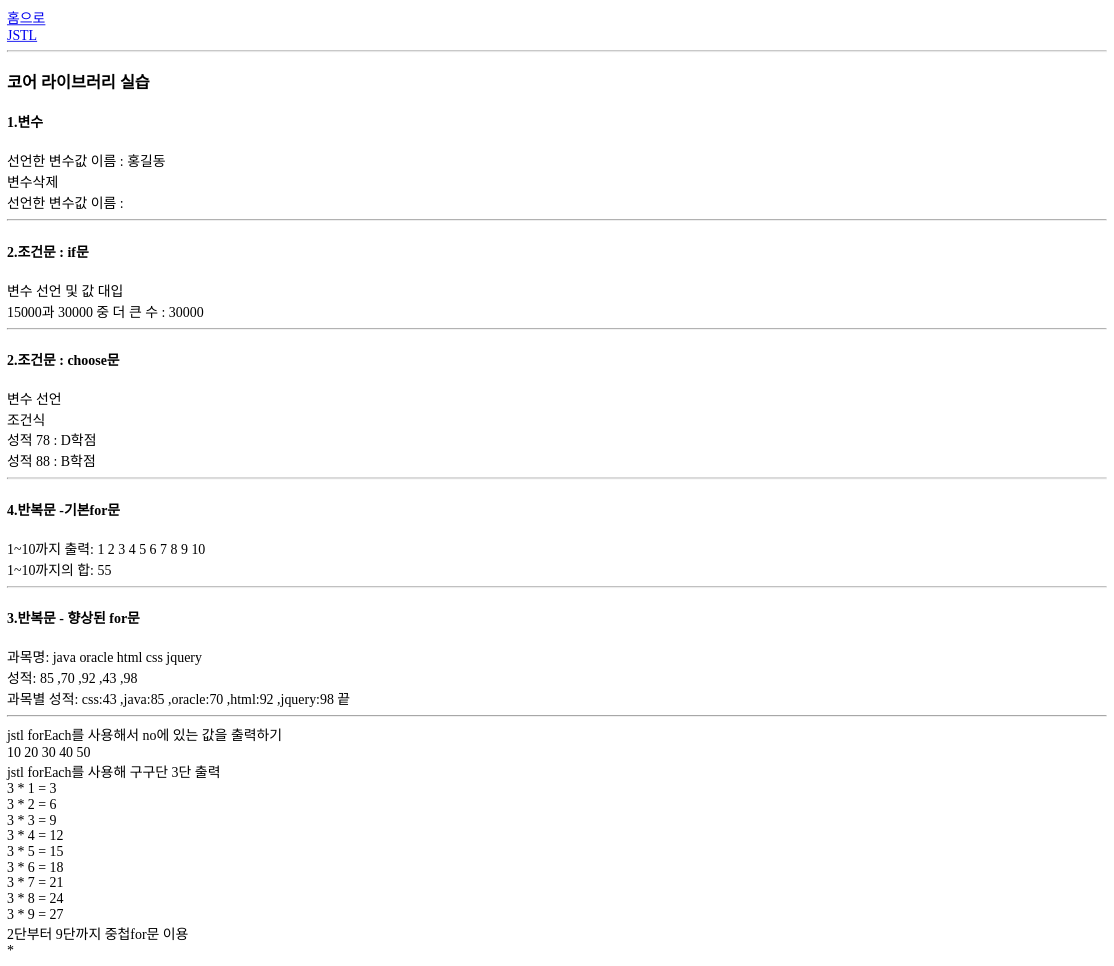
Repository: hyewoon/web
Page: http://localhost/servlet04/jstl/core.jsp
The author's editor kept a copy of each file at every save. The page is drawn from the files as they stood at one save, then again after the next save.
The browser window is 1280 px wide. The pictures show the whole page, at 87% of full size.
The page is served by Tomcat 9. Other server files are loaded and not shown.

Above is the page before, as saved 2022-11-18 06:06:56.

### servlet04/src/main/webapp/jstl/core.jsp
<%@page import="org.apache.taglibs.standard.lang.jstl.DivideOperator"%>
<%@ page language="java" contentType="text/html; charset=UTF-8"
    pageEncoding="UTF-8" import="java.util.*"%>
<%@ taglib uri ="http://java.sun.com/jsp/jstl/core" prefix="c" %>

<!DOCTYPE html>
<html>
<head>
<meta charset="UTF-8">
<title>Insert title here</title>
</head>
<body>
<div> <a href ='../'>홈으로</a> </div>
<div> <a href ='index.jsp'>JSTL</a> </div>
<hr>
<h3>코어 라이브러리 실습</h3>
<h4>1.변수</h4>
<c:set var='name' value ="홍길동"/>
<div>선언한 변수값 이름 : ${name}</div>
<!--pageContext.setAttribute 한 상태 :변수선언 스코프: 해당페이지-->
<div>변수삭제</div>
<c:remove var='name'/>
<div>선언한 변수값 이름 : ${name}</div>
<!--removeAttribute 한 상태  -->
<hr>

<h4>2.조건문 : if문</h4>
<div>변수 선언 및 값 대입</div>
<c:set var='no1' value = '15000'/>
<c:set var='no2' value = '30000'/>
<div>
${no1}과 ${no2} 중 더 큰 수 :
<c:if test = '${(no1-0) gt no2}'>${no1}
</c:if>
<c:if test= '${no1-no2 lt 0}'>${no2}
</c:if>
</div>
<hr>
<h4>2.조건문 : choose문</h4>
<div>변수 선언</div>
<c:set var ='score' value='78'/>
<div>조건식</div>
<c:choose>
<c:when test='${score >= 90 }'><c:set var ='grade' value ='A'/></c:when>
<c:when test='${score >= 90 }'><c:set var ='grade' value ='B'/></c:when>
<c:when test='${score >= 90 }'><c:set var ='grade' value ='C'/></c:when>
<c:when test='${score >= 90 }'><c:set var ='grade' value ='D'/></c:when>
<c:otherwise><c:set var ='grade' value ='D'/></c:otherwise>
</c:choose>
<div>성적 ${score} : ${grade}학점</div>

 <%
int score = 88;
String grade = "";


if( score>= 90)  grade ="A";
if( score>= 80)  grade ="B";
if( score>= 70)  grade ="C";
if( score>= 60)  grade ="D";
if( score<60)	 grade = "F";



if(score>= 90) grade= "A";
else if(score >= 80) grade ="B";
else if(score >= 70) grade ="C";
else if(score >= 60) grade ="D";
else if(score < 60) grade ="F";

out.print( "성적 "+score+ " : " + grade +"학점" );
%>

<hr>
<h4>4.반복문 -기본for문</h4>
<div>1~10까지 출력:
	<c:forEach var='no' begin='1' end='10' step='1'>
	${no}
	<c:set var='sum' value='${no+sum}'/>
	</c:forEach>
</div>
<div>1~10까지의 합: ${sum}</div>
<hr>
<h4>3.반복문 - 향상된 for문</h4>
<%
String subjects[]= {"java", "oracle", "html", "css", "jquery"};
request.setAttribute("subjects",subjects);
%>

<div>과목명:
	<c:forEach items= "${subjects}" var='subject'>
	${subject}
	</c:forEach>
</div>

<%
ArrayList<Integer> list= new ArrayList<Integer>();
list.add(85);
list.add(70);
list.add(92);
list.add(43);
list.add(98);
request.setAttribute("score_list", list);
%>
<div>성적:
	<c:forEach items= '${score_list}' var='score' varStatus='state'>
	${state.index eq 0 ? '': ',' }${score}
</c:forEach>
</div>

<%
HashMap<String, Integer> map = new HashMap<String, Integer>();
map.put("java",85);
map.put("oracle",70);
map.put("html",92);
map.put("css",43);
map.put("jquery",98);
request.setAttribute("score_map", map);
%>
<div>과목별 성적:
	<c:forEach items ='${score_map}' var='score' varStatus='state'>
	${state.first ?'' : ',' }${score.key}:${score.value}
	${state.last ? '끝': '' }
	</c:forEach>

</div>

<%
int no[] = {10,20,30, 40, 50};
request.setAttribute("no", no);
%>

<hr>
<div>jstl forEach를 사용해서 no에 있는 값을 출력하기</div>
<c:forEach items ="${no}" var ="no" varStatus = 'state'>
${no}
</c:forEach>

<div>jstl  forEach를 사용해 구구단 3단 출력</div>

<c:forEach  var = "num1" begin= '1' end = '9' step= '1'>
<!-- 3 * 1 = 3
	3 * 2 = 6
 -->
3 * ${num1} = ${3 * num1} <br>
</c:forEach>

<div>2단부터 9단까지 중첩for문 이용</div>

<!--  -->
<c:forEach  var = "num2" begin= '1' end = '9' step= '1'>


</c:forEach>
<c:forEach var = "num3" begin ='2' end ='9' step ='1'>
	</c:forEach>
${num2} * ${num3} <br>

</body>
</html>

After the next save:
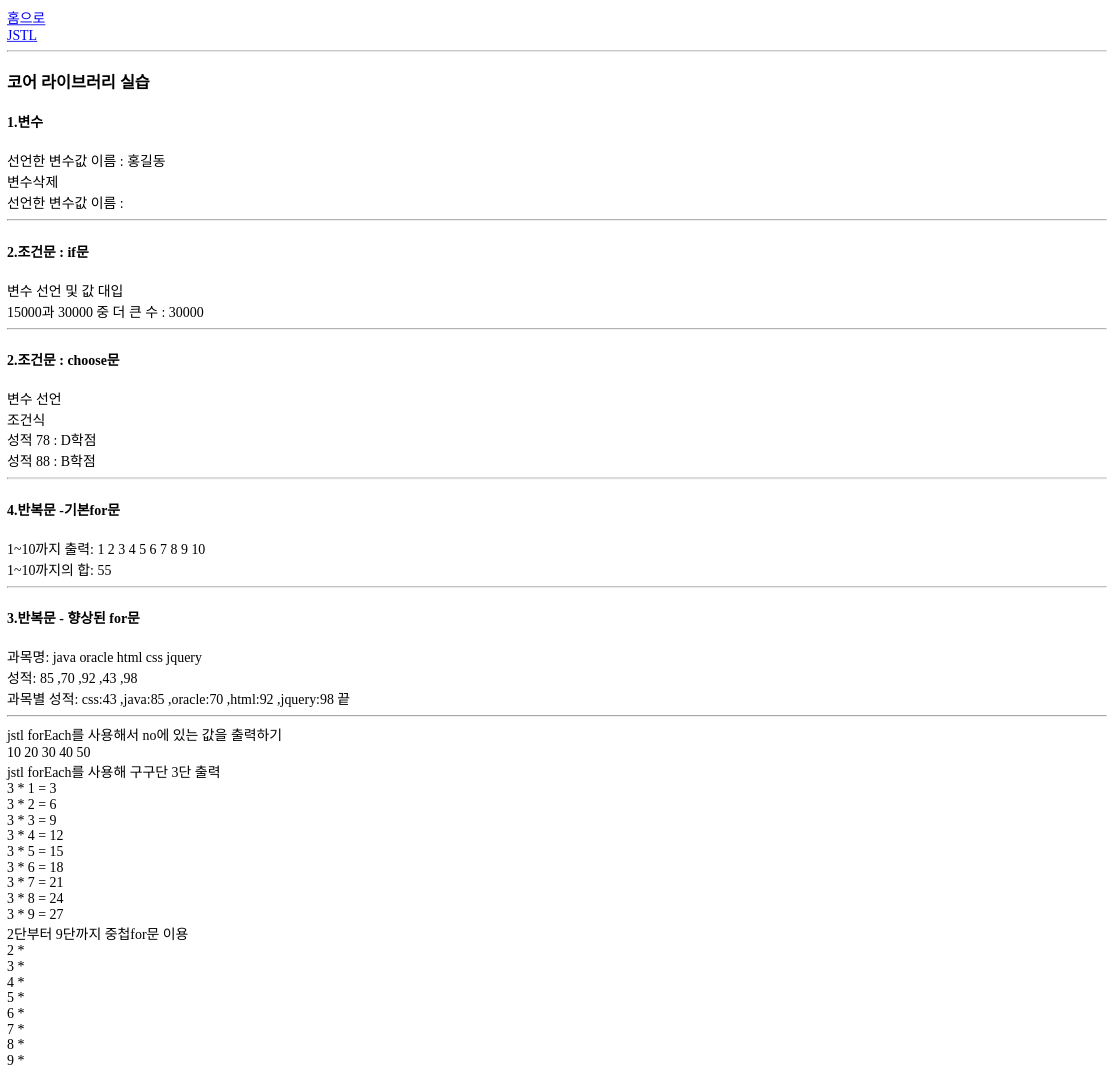
Saved 97 s later.
--- a/servlet04/src/main/webapp/jstl/core.jsp
+++ b/servlet04/src/main/webapp/jstl/core.jsp
@@ -139,22 +139,20 @@
 <div>jstl  forEach를 사용해 구구단 3단 출력</div>
 
 <c:forEach  var = "num1" begin= '1' end = '9' step= '1'>
-<!-- 3 * 1 = 3
-	3 * 2 = 6
- -->
+
 3 * ${num1} = ${3 * num1} <br>
 </c:forEach>
 
 <div>2단부터 9단까지 중첩for문 이용</div>
 
 <!--  -->
-<c:forEach  var = "num2" begin= '1' end = '9' step= '1'>
-
-
-</c:forEach>
-<c:forEach var = "num3" begin ='2' end ='9' step ='1'>
+<c:forEach  var = "num2" begin= '2' end = '9' step= '1'>
+	<c:forEach var = "num3" begin ='1' end ='9' step ='1'>
 	</c:forEach>
 ${num2} * ${num3} <br>
 
+</c:forEach>
+
+
 </body>
 </html>
